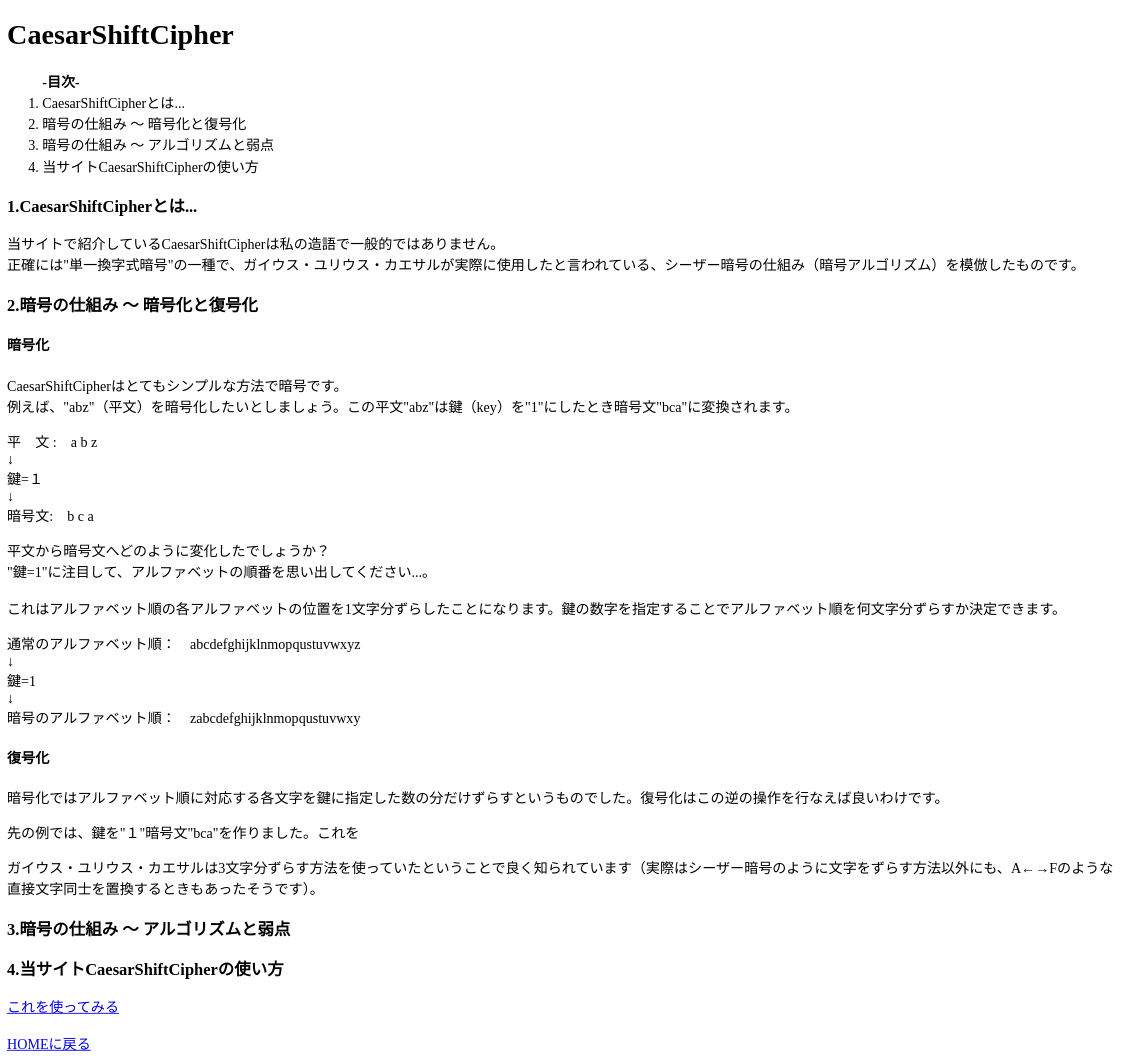
Repository: RantaWatari/TEST
Page: http://localhost/CipherProject/CipherMore?page=1
An editor plug-in stored every save of this project. The page is shown before and after the next save, followed by the edit.
The browser window is 1280 px wide. The pictures show the whole page, at 88% of full size.
The page is served by Tomcat 9.

Above is the page before, as saved 2017-07-25 02:40:31.

After the next save:
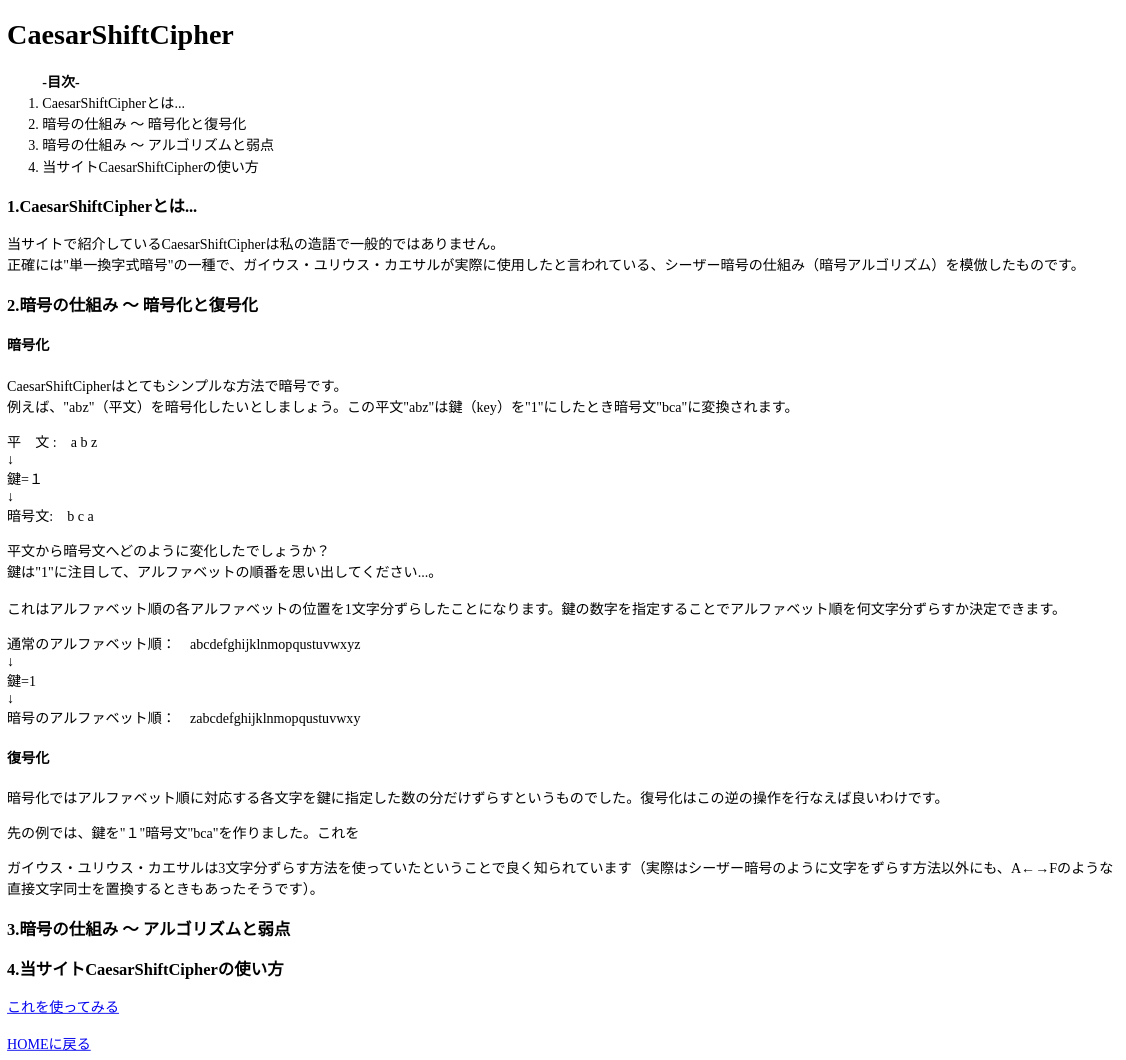
Saved 23 s later.
--- a/CipherProject/WebContent/WEB-INF/jsp/CaesarShiftCipher.jsp
+++ b/CipherProject/WebContent/WEB-INF/jsp/CaesarShiftCipher.jsp
@@ -23,7 +23,7 @@
 	<h4>暗号化</h4>
 		<p>CaesarShiftCipherはとてもシンプルな方法で暗号です。<br>例えば、"abz"（平文）を暗号化したいとしましょう。この平文"abz"は鍵（key）を"1"にしたとき暗号文"bca"に変換されます。</p>
 		<p>平　文 :　a b z<br>↓<br>鍵=１<br>↓<br>暗号文:　b c a</p>
-		<p>平文から暗号文へどのように変化したでしょうか？<br>"鍵=1"に注目して、アルファベットの順番を思い出してください...。<br><br>これはアルファベット順の各アルファベットの位置を1文字分ずらしたことになります。鍵の数字を指定することでアルファベット順を何文字分ずらすか決定できます。</p>
+		<p>平文から暗号文へどのように変化したでしょうか？<br>鍵は"1"に注目して、アルファベットの順番を思い出してください...。<br><br>これはアルファベット順の各アルファベットの位置を1文字分ずらしたことになります。鍵の数字を指定することでアルファベット順を何文字分ずらすか決定できます。</p>
 		<p>通常のアルファベット順：　abcdefghijklnmopqustuvwxyz<br>↓<br>鍵=1<br>↓<br>暗号のアルファベット順：　zabcdefghijklnmopqustuvwxy</p>
 	<h4>復号化</h4>
 		<p>暗号化ではアルファベット順に対応する各文字を鍵に指定した数の分だけずらすというものでした。復号化はこの逆の操作を行なえば良いわけです。</p>
